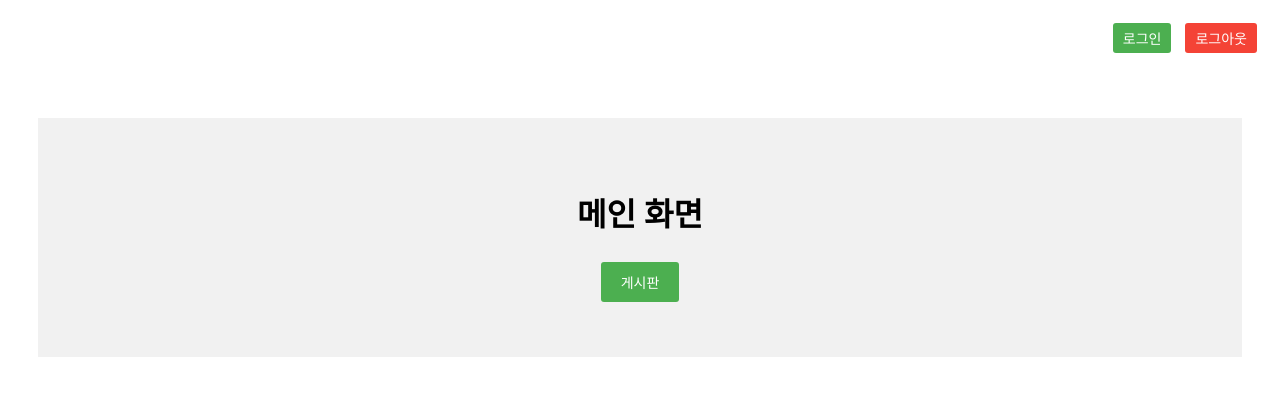
Repository: minjikimkim2222/BBS
Page: http://localhost/BBS/main.jsp
These files come from the project's save history. The page is drawn as it stood at one moment and after the next save; the edit follows.
The browser window is 1280 px wide. The pictures show the whole page.
The page is served by Tomcat 9. Other server files are loaded and not shown.

Above is the page before, as saved 2024-01-01 09:05:21.

### BBS/src/main/webapp/main.jsp
<%@ page language="java" contentType="text/html; charset=UTF-8" pageEncoding="UTF-8"%>
<!DOCTYPE html>
<html>
<head>
    <meta HTTP-EQUIV="content-type" CONTENT="text/html; CHARSET=UTF-8" charset="UTF-8">
    <meta name="viewport" content="width=device-width, initial-scale=1.0"> <!-- 추가  -->
    <link rel="stylesheet" href="css/bootstrap.css">
    <link rel="stylesheet" href="css/custom-styles.css"> <!-- 사용자 지정 스타일 시트 추가 -->
    <title>main 화면</title>
</head>
<body>

    <div class="header">
        <!-- 메인으로 버튼 -->
        <a href="login.jsp" class="button login-button">로그인</a>
        <!-- 로그아웃 버튼 -->
        <a href="logoutAction.jsp" class="button logout-button">로그아웃</a>
    </div>

    <div class="middle center-content">
    	<h1>메인 화면</h1>
        <!-- 게시판 버튼 -->
        <a href="#" class="button main-button">게시판</a> <!-- 게시판 링크는 아직 추가 안 함  -->
    </div>

<%-- 	<%
	// 메인페이지로 이동했을 때, 세션에 값이 담겨있는지 체크
	String userID = null;

	if (session.getAttribute("userID") != null){
		userID = (String)session.getAttribute("userID");
	}
	%> --%>

<%--     <h3> 기능 선택 - main 화면</h3>

<!--     <span>debugging test 1.</span> -->

    <form action="" name="loginSelect">
        <select name="loginList" onchange="location = document.loginSelect.loginList.value" style="margin-bottom: 20px;">
        	<option value="main.jsp">메인</option>
            <option value="bbs.jsp">게시판</option>
<!--             <option value="MySQL_ConnectionTest.jsp">sql connection test</option> -->

      		<%

      			if (userID == null) {

      		%>
                    <optgroup label="접속하기">
                        <option value="login.jsp">로그인</option>
                        <option value="join.jsp">회원가입</option>
                    </optgroup>
                </select>
            </form>

<!--             <div>debugging test 2.</div>
            <div>debugging test 3.</div> -->

    		<%
    			} else {
    		%>

         <!--    <span>debugging test 4.</span> -->
            <select>
                <optgroup label="회원관리">
                    <option value="logoutAction.jsp">로그아웃 -> logoutAction.jsp 링크 접속 </option>
                </optgroup>
            </select>

    		<%
    			}
    		%> --%>

</body>
</html>

### BBS/src/main/webapp/css/bootstrap.css
@charset "UTF-8";

.form-group {
  margin-bottom: 20px;
}

.form-control {
  display: block;
  width: 100%;
  height: 40px;
  padding: 10px 15px;
  font-size: 14px;
  line-height: 1.42857143;
  color: #555;
  background-color: #fff;
  background-image: none;
  border: 1px solid #ccc;
  border-radius: 4px;
  -webkit-box-shadow: inset 0 1px 1px rgba(0, 0, 0, .075);
          box-shadow: inset 0 1px 1px rgba(0, 0, 0, .075);
  -webkit-transition: border-color ease-in-out .15s, -webkit-box-shadow ease-in-out .15s;
       -o-transition: border-color ease-in-out .15s, box-shadow ease-in-out .15s;
          transition: border-color ease-in-out .15s, box-shadow ease-in-out .15s;
  box-sizing: border-box; /* 추가된 부분 */
}

.container {
  padding-right: 15px;
  padding-left: 15px;
  margin-right: auto;
  margin-left: auto;
}

.jumbotron {
  padding-top: 30px;
  padding-bottom: 30px;
  margin-bottom: 30px;
  color: inherit;
  background-color: #eee;
  box-sizing: border-box; /* 추가된 부분 */
}

.col-lg-4 {
  width: 33.33333333%;
}


.col-lg-5 {
    width: 41.66666667%;
}

### BBS/src/main/webapp/css/custom-styles.css
@charset "UTF-8";

/* 사용자 지정 스타일 추가 */

.header {

    padding: 10px;
    text-align: right;
}

.middle {
    background-color: #f1f1f1;
    margin : 30px;
    padding: 50px;
    text-align: right;
}

.center-content {
    text-align: center;
    margin-top: 50px;
}

/* 공통 버튼 스타일 */
.button {
    margin: 5px; /* 간격 조절 */
    font-size: 14px; /* 글자 크기 조절 */
    text-align: center;
    text-decoration: none;
    display: inline-block;
    border-radius: 3px;
}

/* 메인으로 버튼 스타일 */
.main-button {
    background-color: #4CAF50; /* Green */
    color: white;
    padding: 10px 20px; /* 크기 조절 */
}

/* 로그아웃 버튼 스타일 */
.logout-button {
    background-color: #f44336; /* Red */
    color: white;
    padding: 5px 10px; /* 크기 조절 */
}

.login-button {
    background-color:  #4CAF50; /* Green */
    color: white;
    padding: 5px 10px; /* 크기 조절 */
}

After the next save:
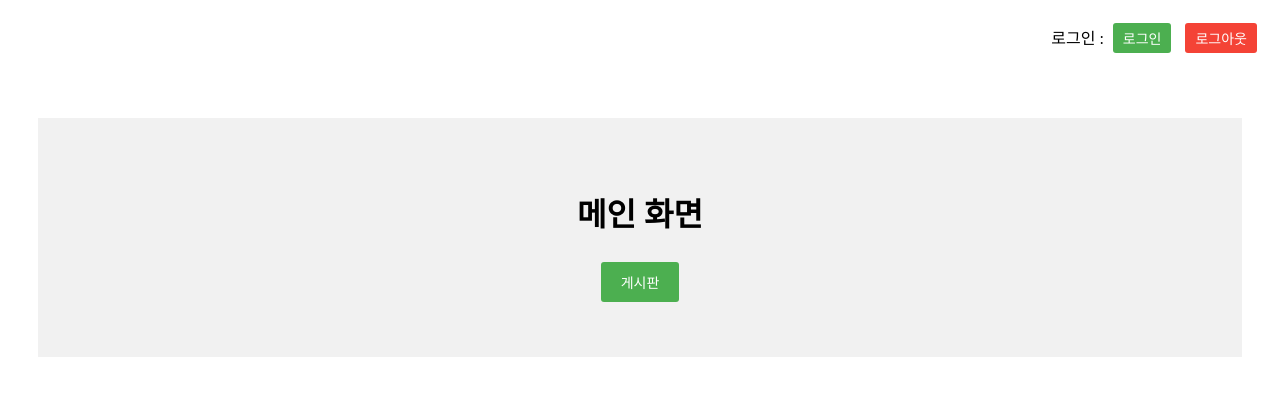
Saved 2 min 52 s later.
--- a/BBS/src/main/webapp/main.jsp
+++ b/BBS/src/main/webapp/main.jsp
@@ -12,6 +12,7 @@
 
     <div class="header">
         <!-- 메인으로 버튼 -->
+        로그인 :
         <a href="login.jsp" class="button login-button">로그인</a>
         <!-- 로그아웃 버튼 -->
         <a href="logoutAction.jsp" class="button logout-button">로그아웃</a>
